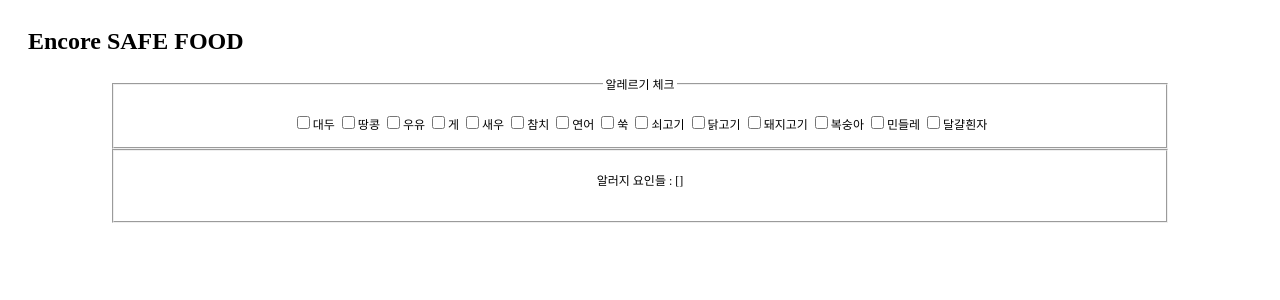
Repository: KangHoi/encore_vueWorkspace
Page: vue03_Event/WebContent/vue03_safefood.html
The author's editor kept a copy of each file at every save. The page is drawn from the files as they stood at one save, then again after the next save.
The browser window is 1280 px wide. The pictures show the whole page.

Above is the page before, as saved 2021-07-12 01:30:33.

### vue03_Event/WebContent/vue03_safefood.html
<!DOCTYPE html>
<html>
<head>
<meta charset="UTF-8">
<title>Insert title here</title>
<style type="text/css">
	#second>h2{margin: auto; padding: 20px;}
	#checkboxArea1{width: 80%; height: 30px; margin: auto; padding: 20px;
					text-align: center; font-size: 12px;
	}
	#checkboxArea2{width: 80%; height: 30px; margin: auto; padding: 20px;
					text-align: center; font-size: 12px;
	}

</style>
<script src="https://cdn.jsdelivr.net/npm/vue/dist/vue.js"></script>
</head>
<body>
	<div id="second">
		<h2>Encore SAFE FOOD</h2>
	</div>
	<div id="app">
		<fieldset id="checkboxArea1">
			<legend>알레르기 체크</legend>
			<input type="checkbox" name="box" value="대두" v-model="alergen"><label>대두</label>
			<input type="checkbox" name="box" value="땅콩" v-model="alergen"><label>땅콩</label>
			<input type="checkbox" name="box" value="우유" v-model="alergen"><label>우유</label>
			<input type="checkbox" name="box" value="게" v-model="alergen"><label>게</label>
			<input type="checkbox" name="box" value="새우" v-model="alergen"><label>새우</label>
			<input type="checkbox" name="box" value="참치" v-model="alergen"><label>참치</label>
			<input type="checkbox" name="box" value="연어" v-model="alergen"><label>연어</label>
			<input type="checkbox" name="box" value="쓱" v-model="alergen"><label>쑥</label>
			<input type="checkbox" name="box" value="쇠고기" v-model="alergen"><label>쇠고기</label>
			<input type="checkbox" name="box" value="닭고기" v-model="alergen"><label>닭고기</label>
			<input type="checkbox" name="box" value="돼지고기" v-model="alergen"><label>돼지고기</label>
			<input type="checkbox" name="box" value="복숭아" v-model="alergen"><label>복숭아</label>
			<input type="checkbox" name="box" value="민들레" v-model="alergen"><label>민들레</label>
			<input type="checkbox" name="box" value="달걀흰자" v-model="alergen"><label>달걀흰자</label>
		</fieldset>


		<fieldset id="checkboxArea2">
			알러지 요인들 : <span v-html="alergen"></span>
		</fieldset>
	</div>
	<script>
		var app= new Vue({
			el: '#app',
			data: {
				alergen:[] //초기화는 []로 해야한다.
			}
		})
	</script>

</body>
</html>

After the next save:
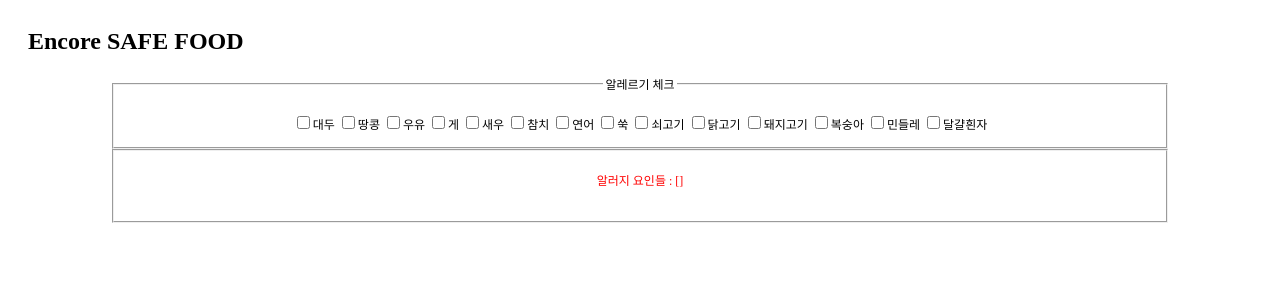
Saved 12 s later.
--- a/vue03_Event/WebContent/vue03_safefood.html
+++ b/vue03_Event/WebContent/vue03_safefood.html
@@ -9,7 +9,7 @@
 					text-align: center; font-size: 12px;
 	}
 	#checkboxArea2{width: 80%; height: 30px; margin: auto; padding: 20px;
-					text-align: center; font-size: 12px;
+					text-align: center; font-size: 12px; color: red;
 	}
 
 </style>
